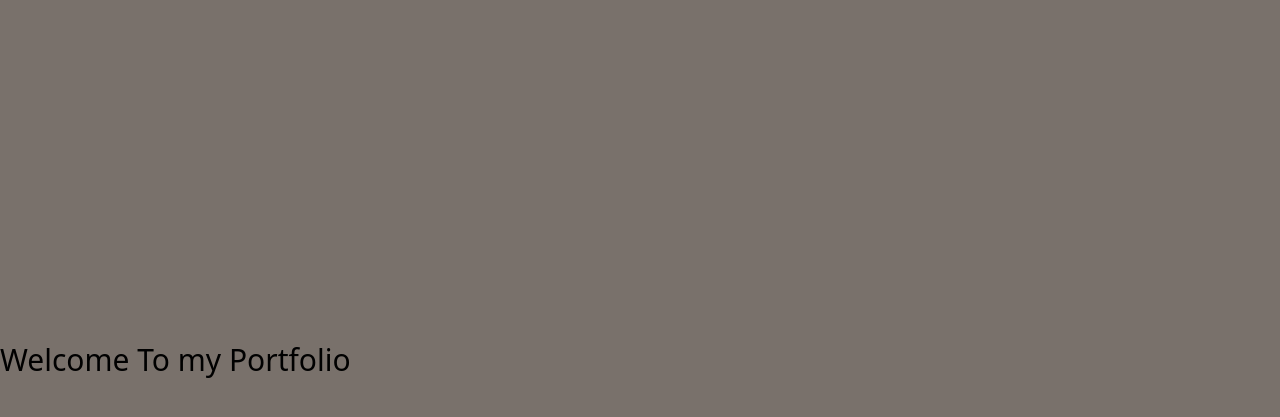
Repository: abhaysharma20233009/portfolio
Page: /
The author's editor kept a copy of each file at every save. The page is drawn from the files as they stood at one save, then again after the next save.
The browser window is 1280 px wide. The pictures show the whole page.
The project was rebuilt for these pictures with package versions that can differ from the ones it lists, and the page was loaded fresh each time. Also part of the build but not shown: vite.config.js, src/App.css.

Above is the page before, as saved 2025-05-20 17:03:26.

After the next save:
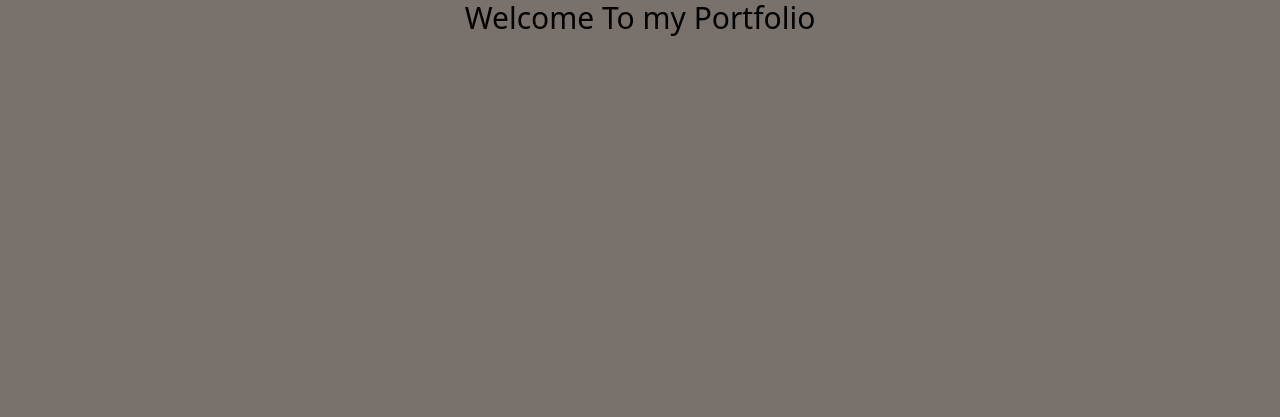
Saved 20 s later.
--- a/src/App.jsx
+++ b/src/App.jsx
@@ -7,8 +7,8 @@ function App() {
 
   return (
     <>
-     <div className="flex items-center h-screen w-full text-3xl bg-stone-500">
-  <h1 className=' text-3xl mix-blend-color-burn'>Welcome To my Portfolio</h1>
+     <div className="h-screen w-full text-3xl bg-stone-500">
+  <h1 className='text-center text-3xl mix-blend-color-burn'>Welcome To my Portfolio</h1>
         </div>
 
     </>
